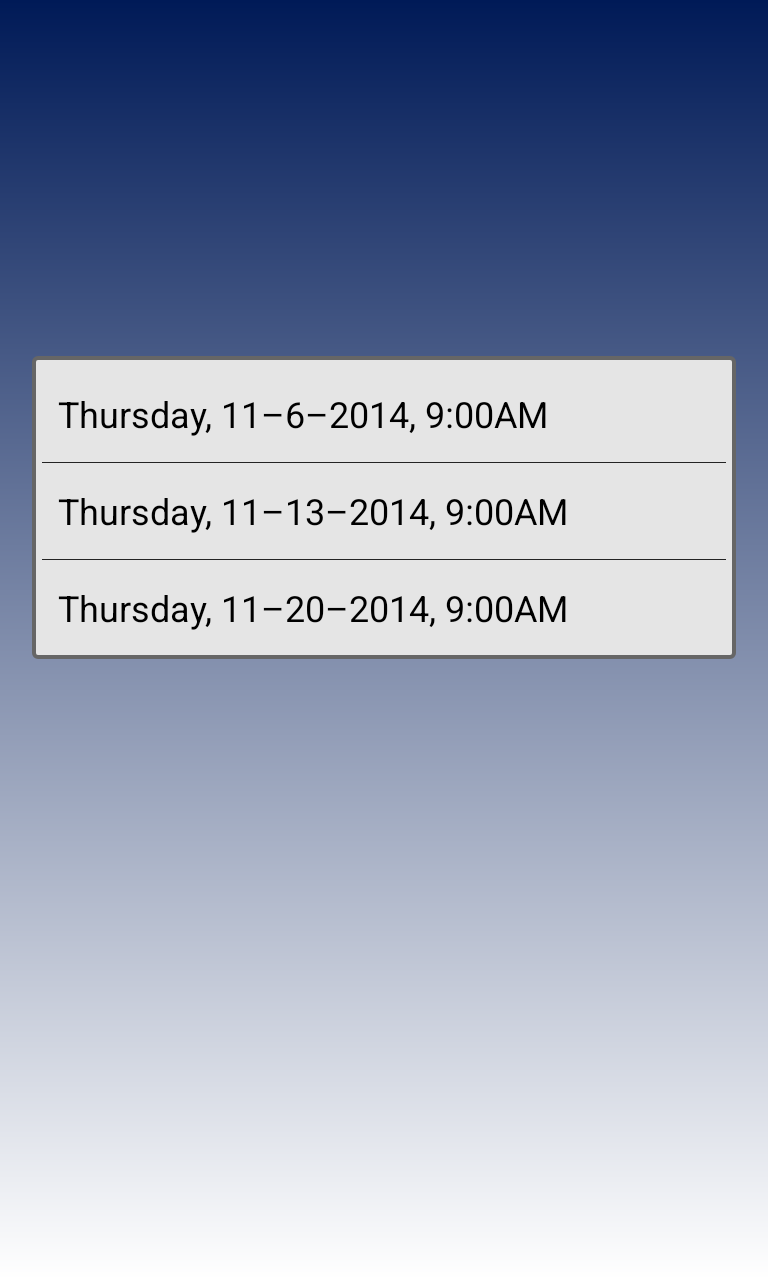
Repository: duke-compsci408-fall2014/GlassRx
Layout: AndroidRx/res/layout/activity_patient_medication.xml
These files come from the project's save history. The layout is drawn as it stood at one moment and after the next save; the edit follows.
It is drawn on a 768 x 1280 px phone screen (xhdpi) without system bars, with theme AppTheme; the app's code is not run. Lists and similar views that code fills are empty.

Above is the layout before, as saved 2014-12-10 03:11:06.

### AndroidRx/res/layout/activity_patient_medication.xml
<LinearLayout xmlns:android="http://schemas.android.com/apk/res/android"
    xmlns:tools="http://schemas.android.com/tools"
    android:layout_width="match_parent"
    android:layout_height="match_parent"
    android:paddingBottom="@dimen/activity_vertical_margin"
    android:paddingLeft="@dimen/activity_horizontal_margin"
    android:paddingRight="@dimen/activity_horizontal_margin"
    android:paddingTop="@dimen/activity_vertical_margin"
    android:weightSum="1"
    android:orientation="vertical"
    tools:context="com.compsci408.androidrx.patient.PatientMedicationActivity" >


    <LinearLayout
        android:layout_width="match_parent"
        android:layout_height="0dp"
        android:layout_weight=".25"
        android:weightSum="1"
        android:orientation="horizontal">

        <ImageView
	        android:id="@+id/imageview_med"
	        android:layout_width="0dp"
	        android:layout_height="match_parent"
	        android:layout_weight=".5"
	        android:contentDescription="@string/medication_icon" />

        <ListView
            android:id="@+id/listview_med_details"
            android:layout_width="match_parent"
            android:layout_height="0dp"
            android:layout_weight=".5">
        </ListView>

	    <TextView
	        android:id="@+id/textview_med_name"
	        android:layout_width="0dp"
	        android:layout_height="wrap_content"
	        android:layout_gravity="center_vertical"
	        android:layout_weight=".5"
	        android:gravity="bottom"
	        android:textAppearance="?android:attr/textAppearanceLarge"
	        android:textColor="@color/white" />

    </LinearLayout>


    <LinearLayout
        android:layout_width="match_parent"
        android:layout_height="0dp"
        android:layout_weight=".75"
        android:orientation="vertical"
        android:weightSum="1" >



        <ListView
	        android:id="@+id/listview_med_events"
	        android:layout_width="match_parent"
	        android:layout_height="0dp"
		    android:layout_weight=".34"
	        android:layout_marginTop="10dp"
	        android:entries="@array/alarm_array" >
	    </ListView>

    </LinearLayout>



</LinearLayout>

### AndroidRx/res/drawable/gradient_background.xml
<?xml version="1.0" encoding="utf-8"?>
<shape xmlns:android="http://schemas.android.com/apk/res/android" >
    <gradient
            android:angle="90"
            android:endColor="@color/duke_blue"
            android:startColor="@color/white"
            android:type="linear" >
     </gradient>
</shape>

### AndroidRx/res/values/colors.xml
<?xml version="1.0" encoding="utf-8"?>
<resources>

    <item name="black" type="color">#FF000000</item>
    <item name="white" type="color">#FFFFFFFF</item>
    <item name="duke_blue" type="color">#FF001A57</item>
    <item name="dark_gray" type="color">#FF666666</item>
    <item name="light_gray" type="color">#FFE5E5E5</item>
    <item name="red" type="color">#FFFF0000</item>

    <integer-array name="colors">
        <item>@color/black</item>
        <item>@color/white</item>
        <item>@color/duke_blue</item>
        <item>@color/dark_gray</item>
        <item>@color/light_gray</item>
        <item>@color/red</item>
    </integer-array>

</resources>

### AndroidRx/res/drawable/custom_listview.xml
<?xml version="1.0" encoding="utf-8"?>
<shape xmlns:android="http://schemas.android.com/apk/res/android" >

    <solid android:color="@color/light_gray"/>
    <stroke android:color="@color/dark_gray" android:width="2dp" />
    <corners
     	android:bottomRightRadius="2dp"
     	android:bottomLeftRadius="2dp"
  		android:topLeftRadius="2dp"
  		android:topRightRadius="2dp"/>
</shape>

### AndroidRx/res/drawable/custom_spinner.xml
<?xml version="1.0" encoding="UTF-8"?>
<shape xmlns:android="http://schemas.android.com/apk/res/android" >
    <solid android:color="@color/white" />
    <stroke
        android:width="1dp"
        android:color="@color/dark_gray" />
</shape>

### AndroidRx/res/drawable/custom_edittext.xml
<?xml version="1.0" encoding="utf-8"?>
<shape xmlns:android="http://schemas.android.com/apk/res/android" >

    <solid android:color="@color/white"/>
    <stroke android:color="@color/dark_gray" android:width="2dp" />
    <corners
     	android:bottomRightRadius="2dp"
     	android:bottomLeftRadius="2dp"
  		android:topLeftRadius="2dp"
  		android:topRightRadius="2dp"/>
</shape>

### AndroidRx/res/drawable/custom_button.xml
<?xml version="1.0" encoding="utf-8"?>
<selector xmlns:android="http://schemas.android.com/apk/res/android" >
    <item android:state_selected="true" android:drawable="@drawable/custom_button_selected"/>
    <item android:state_pressed="true" android:drawable="@drawable/custom_button_pressed"/>
    <item android:drawable="@drawable/custom_button_default"/>
</selector>

### AndroidRx/res/drawable/custom_button_selected.xml
<?xml version="1.0" encoding="utf-8"?>
<shape xmlns:android="http://schemas.android.com/apk/res/android" >

    <solid android:color="#FF333333"/>
    <corners android:radius="2dp" />

</shape>

### AndroidRx/res/drawable/custom_button_pressed.xml
<?xml version="1.0" encoding="utf-8"?>
<shape xmlns:android="http://schemas.android.com/apk/res/android" >

    <solid android:color="#66666666"/>
    <corners android:radius="2dp" />

</shape>

### AndroidRx/res/drawable/custom_button_default.xml
<?xml version="1.0" encoding="utf-8"?>
<shape xmlns:android="http://schemas.android.com/apk/res/android" >

    <solid android:color="@color/dark_gray"/>
    <corners android:radius="2dp"/>

</shape>

### AndroidRx/res/values/strings.xml
<?xml version="1.0" encoding="utf-8"?>
<resources>

    <string name="app_name">AndroidRx</string>
    <string name="hello_world">Hello world!</string>
    <string name="action_settings">Settings</string>
    <string name="action_logout">Log Out</string>
    <string name="androidrx">AndroidRx</string>
    <string name="add_med">+ Add Events</string>
    <string name="add_patient">+ Add Patient</string>
    <string name="new_med">New Medication</string>
    <string name="enter_med_name">Medication Name</string>
    <string name="medication_icon">Medication Icon</string>
    <string name="duke_logo">Duke Logo</string>
    <string name="set_day_time">Set Day and Time</string>
    <string name="set">Set</string>
    <string name="cancel">Cancel</string>
    <string name="new_prescription">New</string>
    <string name="repeat">Repeat</string>
    <string name="weeks">Weeks</string>
    <string name="select_date">Select a Date</string>
    <string name="dose_quantity">Dose</string>
    <string name="enter_dose_description">Description, e.g. \'Pill\', \'Drop\'</string>

    <string-array name="repeat_interval_list">
        <item>Daily</item>
        <item>Weekly</item>
    </string-array>
    <string-array name="repeat_interval_labels_list">
        <item>Days</item>
        <item>Weeks</item>
    </string-array>

    <!-- For testing purposes only; remove when real data is available -->
    <string-array name="patient_list">
        <item>Eli Manning</item>
        <item>Vincent Wang</item>
    </string-array>
    <string-array name="med_list">
        <item>Sertraline Hydrochloride</item>
        <item>Acetaminophen</item>
        <item>Monopril</item>
    </string-array>
    <string-array name="alarm_array">
        <item>Thursday, 11&#8211;6&#8211;2014, 9:00AM</item>
        <item>Thursday, 11&#8211;13&#8211;2014, 9:00AM</item>
        <item>Thursday, 11&#8211;20&#8211;2014, 9:00AM</item>
    </string-array>
    <string-array name="med_details_array">
        <item>Purpose:  Multivitamin</item>
        <item>Side Effects:  Yabba Dabba Diarrhea</item>
        <item>Dose:  1 Tablet</item>
        <item>Schedule:  Thursdays, 9:00AM</item>
    </string-array>

    <string name="title_activity_main">MainActivity</string>
    <string name="title_activity_splash">SplashActivity</string>
    <string name="title_activity_patient_list">Patient List</string>
    <string name="title_activity_patient">Patient Profile</string>
    <string name="title_activity_edit_med">Edit Medication</string>
    <string name="title_activity_new_prescription">New Prescription</string>
    <string name="title_activity_medication">Medication Details</string>
    <string name="med_name">Name:</string>
    <string name="med_purpose">Purpose:</string>
    <string name="med_side_effects">Side Effects:</string>
    <string name="done">Done</string>
    <string name="add_time">+ Add Time</string>
    <string name="title_activity_med_info">Med Info Activity</string>
    <string name="title_activity_picture">PictureActivity</string>
    <string name="monday">Monday</string>
    <string name="tuesday">Tuesday</string>
    <string name="wednesday">Wednesday</string>
    <string name="thursday">Thursday</string>
    <string name="friday">Friday</string>
    <string name="saturday">Saturday</string>
    <string name="sunday">Sunday</string>
    <string name="morning">Morning</string>
    <string name="afternoon">Afternoon</string>
    <string name="evening">Evening</string>
    <string name="time_of_day">Select time of day</string>
    <string name="title_activity_provider_medication">Medication Info</string>
    <string name="title_activity_patient_new_prescriptions">New Prescriptions</string>
    <string name="title_activity_patient_profile">My Profile</string>
    <string name="title_activity_patient_set_schedule">PatientSetScheduleActivity</string>

</resources>

Loaded but not shown: AndroidRx/res/values/styles.xml (common file); AndroidRx/res/values-v11/styles.xml (common file); AndroidRx/res/values-v14/styles.xml (common file); AndroidRx/res/values/dimens.xml (common file); AndroidRx/res/values-w820dp/dimens.xml (common file)

After the next save:
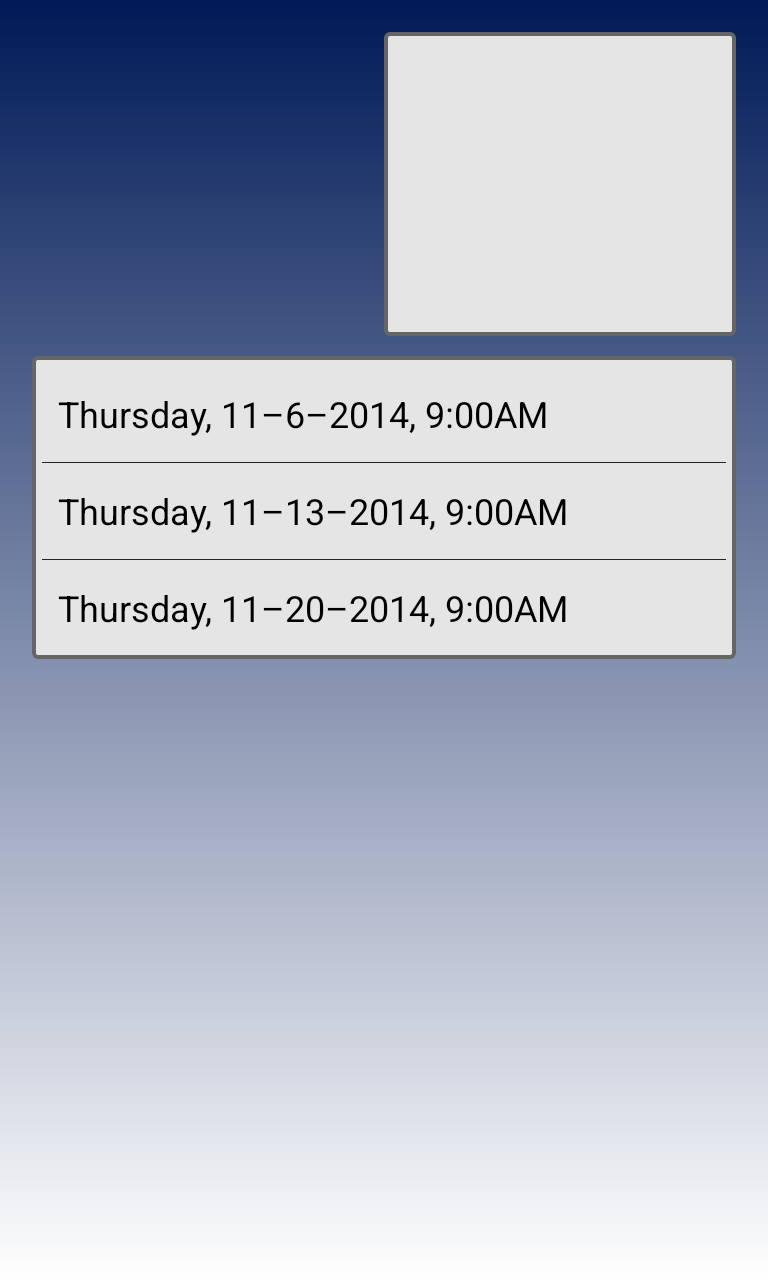
Saved 17 s later.
--- a/AndroidRx/res/layout/activity_patient_medication.xml
+++ b/AndroidRx/res/layout/activity_patient_medication.xml
@@ -27,8 +27,8 @@
 
         <ListView
             android:id="@+id/listview_med_details"
-            android:layout_width="match_parent"
-            android:layout_height="0dp"
+            android:layout_width="0dp"
+            android:layout_height="match_parent"
             android:layout_weight=".5">
         </ListView>
 
